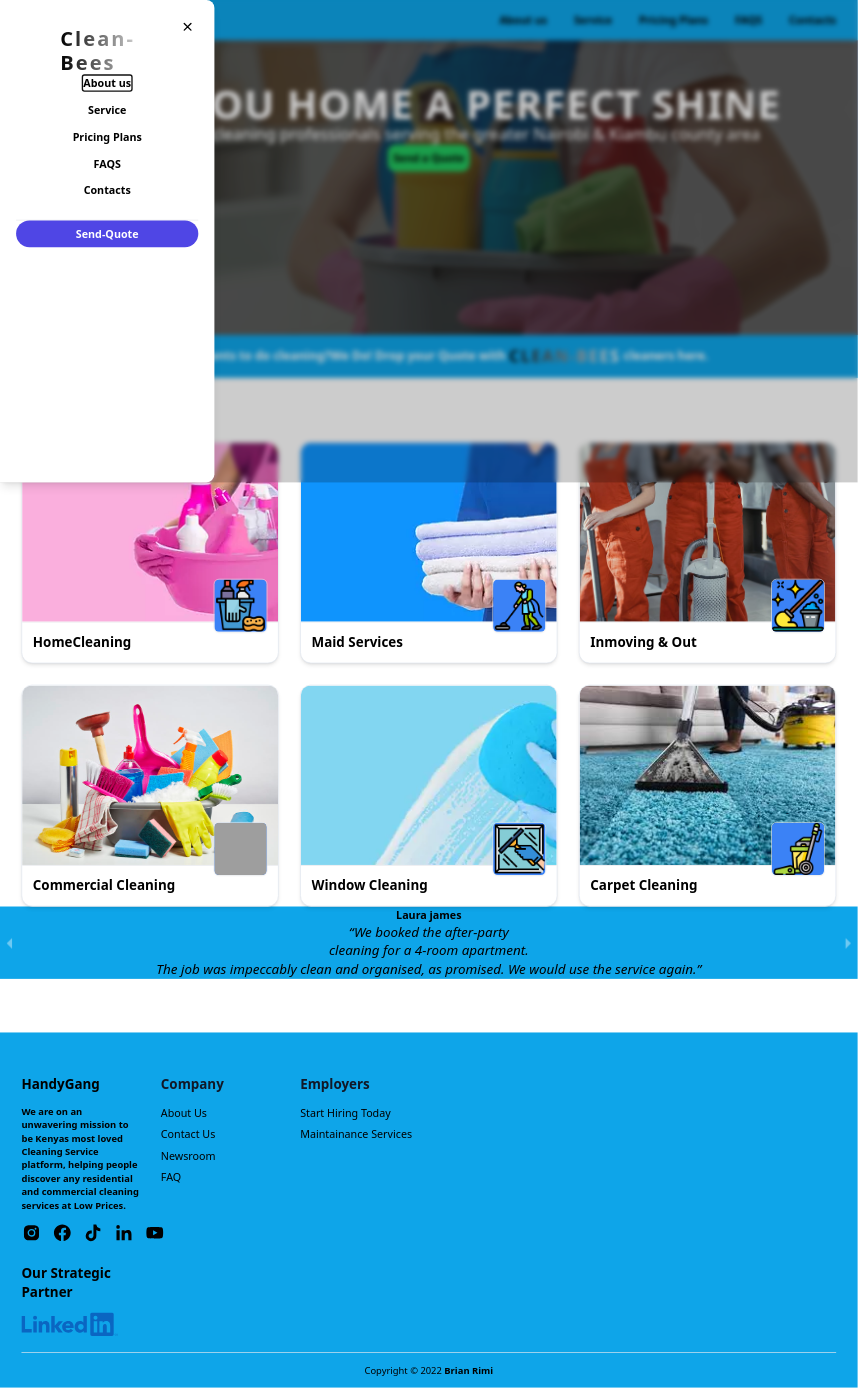
Repository: remydev47/cleanbees
Page: /
An editor plug-in stored every save of this project. The page is shown before and after the next save, followed by the edit.
The browser window is 1280 px wide. The pictures show the whole page, at 67% of full size.
Pictures or frames that could not be fetched are drawn as grey boxes. The project was rebuilt for these pictures with package versions that can differ from the ones it lists, and the page was loaded fresh each time. The framework's server and built-in components were replaced by stand-ins that run in the browser. Also part of the build but not shown: next.config.js.

Above is the page before, as saved 2022-09-19 12:39:17.

### pages/_app.tsx
import '../styles/globals.css'
import type { AppProps } from 'next/app'
import { Header } from '../components/Header'


function MyApp({ Component, pageProps }: AppProps) {
  return (
    <>
      <Header />
      <Component {...pageProps} />
    </>

    )
}

export default MyApp

### pages/index.tsx
import type { NextPage } from 'next'
import Head from 'next/head'
import Image from 'next/image'
import { Footer } from '../components/Footer';
import Hero from '../components/Hero'
import Services from '../components/Services';
import { Testmonial } from '../components/Testmonial';

const Home: NextPage = () => {
  return (
    <div className="">
      <Head>
        <title>CleanBees</title>
        <link rel="icon" href="/favicon.ico" />
      </Head>
      <Hero />
     <main className='mx-auto max-w-screen-xl px-6 sm:px-8'>
      <div className='mt-16 space-y-20'>
        <Services />

      </div>
     </main>
     <Testmonial />
    <Footer />
    </div>
  )
}

export default Home

### components/Header.tsx
import { navLinks } from "../constants"
import { MenuPopOver } from "./MenuPopover"
import Logo from "./Logo"
import Image from "next/image"
import { title } from "process"

export const Header = () => {
    return(
        <>
          <header className={styles.container}>
           <div className='flex grow-0 basis-1/3 md:hidden'>
             <MenuPopOver />
          </div>
          <div className='flex grow-0 basis-1/3 justify-center md:justify-start'>
            <Logo />
           </div>
           <ul className="list-none sm:flex hidden justify-end items-center flex-1">
            {navLinks.map((nav, index) => (
                <li
                key={nav.id}
                className={`font-poppins font-extrabold cursor-pointer text-[16px]
                  ${index === navLinks.length - 1 ? 'mr-0' : 'mr-10'}
                 text-black `}
                >
                    <a>{nav.title}</a>
                </li>
            ))}
           </ul>

          </header>
        </>
    )
}

const styles ={
    container:`sticky bg-[#0ea5e9] inset-x-0 top-0 z-20 flex items-center justify-between py-2 px-2 shadow-lg dark:bg-slate-900 sm:py-3 sm:px-8`
}

### components/Footer.tsx
import React from 'react'
import Link from 'next/link';

const footerNav = {
    Company: [
      {
        title: "About Us",
        href: "/#",
      },
      { title: "Contact Us", href: "/#" },
      { title: "Newsroom", href: "/#" },
      { title: "FAQ", href: "/#" },
    ],
    Employers: [
      {
        title: "Start Hiring Today",
        href: "/#",
      },
      { title: "Maintainance Services", href: "/#" },
    ],
  };

  const SocialLinks = [
    {
      title: "Instagram",
      link: "https://instagram.com/",
      Icon: <InstagramIcon height={30} width={30} />,
    },
    {
      title: "Facebook",
      link: "https://facebook.com/",
      Icon: <FacebookIcon height={30} width={30} />,
    },
    {
      title: "Tiktok",
      link: "https://tiktok.com/",
      Icon: <TiktokIcon height={30} width={30} />,
    },
    {
      title: "LinkedIn",
      link: "https://linkedin.com/",
      Icon: <LinkedInIcon height={30} width={30} />,
    },
    {
      title: "Youtube",
      link: "https://youtube.com/",
      Icon: <YoutubeIcon height={30} width={30} />,
    },
  ];


  export const Footer = () => {
    return (
      <footer className="mt-20 bg-[#0ea5e9] dark:bg-slate-900">
        <div className="mx-auto max-w-screen-xl px-6 pt-16 sm:px-8">
          <div className="grid grid-cols-1 gap-y-6 gap-x-6 md:!grid-cols-6 md:gap-8 xs:grid-cols-2">
            <div className="mb-4  flex flex-col xs:col-span-2">
              <span className="text-xl font-bold capitalize">HandyGang</span>
              <p className="mt-4 max-w-screen-xs text-sm font-semibold">
                We are on an unwavering mission to be Kenyas most loved Cleaning Service
                platform, helping people discover any residential and commercial cleaning services at Low Prices.
              </p>
              <ul
                id="social-media-links"
                className="mt-4 flex items-center space-x-4"
              >
                {SocialLinks.map((item) => (
                  <li key={item.title}>
                    <a
                      href={item.link}
                      aria-label={`${item.title} profile`}
                      className="transition-all duration-150 hover:fill-indigo-800 dark:fill-white dark:hover:fill-indigo-800"
                    >
                      {item.Icon}
                    </a>
                  </li>
                ))}
              </ul>

              <span className="mt-8 text-xl font-bold capitalize">
                our strategic partner
              </span>

              <a
                href="https://www.linkedin.com/"
                rel="noreferrer"
                target="_blank"
                className="mt-4 max-w-min"
              >
                <LinkedInFullIcon height={35} />
              </a>
            </div>

            {Object.entries(footerNav).map(([title, items]) => {
              return (
                <div key={title}>
                  <h2 className="text-xl font-semibold text-gray-900 dark:text-gray-100">
                    {title}
                  </h2>
                  <ul className="mt-4 space-y-2">
                    {items.map((item) => (
                      <li key={item.title}>
                        <Link href={item.href}>
                          <a className="transition-all duration-150 hover:text-indigo-800 hover:underline dark:text-gray-300 dark:hover:text-white">
                            {item.title}
                          </a>
                        </Link>
                      </li>
                    ))}
                  </ul>
                </div>
              );
            })}


         </div>
          <div
            id="footer-copyright"
            className="mt-2 border-t border-slate-200 py-4 dark:border-slate-600"
          >
            <p className="text-center text-sm dark:text-gray-300">
              Copyright © 2022{" "}
              <a
                href="https://github.com/miadv"
                className="font-semibold hover:text-indigo-800 hover:underline dark:hover:text-white"
              >
                Brian Rimi
              </a>
            </p>
          </div>
        </div>
      </footer>
    );
  };

  function LinkedInFullIcon(props: React.SVGProps<SVGSVGElement>) {
    const { height, width, ...otherProps } = props;
    return (
      <svg viewBox="0 0 270 65" height={height} width={width} {...otherProps}>
        <path
          fill="#0a66c2"
          d="M263.744 61.1094a1.2 1.2 0 001.21-1.269c0-.9-.543-1.33-1.657-1.33h-1.8v4.712h.677v-2.054h.832l.019.025 1.291 2.029h.724l-1.389-2.1zm-.783-.472h-.785v-1.593h.995c.514 0 1.1.084 1.1.757 0 .774-.593.836-1.314.836M0 9.5874h9.993v36.4h18.5v9.222H0zm32.911 14.689h9.6v30.916h-9.6zm4.8-15.37a5.569 5.569 0 11-5.57 5.569 5.569 5.569 0 015.57-5.569m44.958.674h9.6v27.265l10.88-12.583h11.77l-12.6 14.313 12.335 16.63h-12.066l-10.191-15.282h-.126v15.28h-9.6zm-34.835 14.699h9.219v4.225h.131a10.085 10.085 0 019.09-4.994c9.735 0 11.527 6.405 11.527 14.726v16.954h-9.6v-15.031c0-3.588-.066-8.2-5-8.2-4.99 0-5.76 3.907-5.76 7.939v15.288h-9.6z"
        />
        <path
          fill="#0a66c2"
          d="M135.136 36.1384a5.756 5.756 0 00-5.894-5.89 6.406 6.406 0 00-6.784 5.89zm8.132 13.7a16.909 16.909 0 01-13.128 6.151c-9.6 0-17.286-6.408-17.286-16.331 0-9.923 7.685-16.328 17.286-16.328 8.973 0 14.6 6.4 14.6 16.328v3.01h-22.282a7.171 7.171 0 007.235 6.019 8.193 8.193 0 006.851-3.778zm21.482-18.089c-4.8 0-7.68 3.205-7.68 7.875s2.879 7.878 7.68 7.878 7.687-3.2 7.687-7.878-2.881-7.875-7.687-7.875m16.525 23.437h-8.838v-4.1h-.131a12.071 12.071 0 01-9.544 4.868c-9.224 0-15.3-6.657-15.3-16.071 0-8.646 5.377-16.585 14.216-16.585 3.973 0 7.684 1.087 9.861 4.1h.126V9.5774h9.609zm64.809.018h-9.6v-15.034c0-3.585-.064-8.2-4.993-8.2-5 0-5.765 3.906-5.765 7.939v15.294h-9.6v-30.916h9.216v4.225h.129a10.1 10.1 0 019.093-4.994c9.73 0 11.524 6.4 11.524 14.726zm-40.79-35.143a5.571 5.571 0 115.57-5.572 5.571 5.571 0 01-5.57 5.572m4.8 35.143h-9.61v-30.917h9.61zm40.776-55.2h-55.21a4.728 4.728 0 00-4.781 4.67v55.439a4.731 4.731 0 004.781 4.675h55.21a4.741 4.741 0 004.8-4.675V4.6704a4.738 4.738 0 00-4.8-4.67m12.173 56.411a4.418 4.418 0 10.085 0h-.085m0 8.33a3.874 3.874 0 113.809-3.938v.065a3.791 3.791 0 01-3.708 3.871h-.1"
        />
      </svg>
    );
  }

  function FacebookIcon(props: React.SVGProps<SVGSVGElement>) {
    const { height, width, ...otherProps } = props;

    return (
      <svg viewBox="0 0 24 24" height={height} width={width} {...otherProps}>
        <path d="M12.001 2.002c-5.522 0-9.999 4.477-9.999 9.999 0 4.99 3.656 9.126 8.437 9.879v-6.988h-2.54v-2.891h2.54V9.798c0-2.508 1.493-3.891 3.776-3.891 1.094 0 2.24.195 2.24.195v2.459h-1.264c-1.24 0-1.628.772-1.628 1.563v1.875h2.771l-.443 2.891h-2.328v6.988C18.344 21.129 22 16.992 22 12.001c0-5.522-4.477-9.999-9.999-9.999z"></path>
      </svg>
    );
  }
  function InstagramIcon(props: React.SVGProps<SVGSVGElement>) {
    const { height, width, ...otherProps } = props;

    return (
      <svg viewBox="0 0 24 24" height={height} width={width} {...otherProps}>
        <path d="M20.947 8.305a6.53 6.53 0 0 0-.419-2.216 4.61 4.61 0 0 0-2.633-2.633 6.606 6.606 0 0 0-2.186-.42c-.962-.043-1.267-.055-3.709-.055s-2.755 0-3.71.055a6.606 6.606 0 0 0-2.185.42 4.607 4.607 0 0 0-2.633 2.633 6.554 6.554 0 0 0-.419 2.185c-.043.963-.056 1.268-.056 3.71s0 2.754.056 3.71c.015.748.156 1.486.419 2.187a4.61 4.61 0 0 0 2.634 2.632 6.584 6.584 0 0 0 2.185.45c.963.043 1.268.056 3.71.056s2.755 0 3.71-.056a6.59 6.59 0 0 0 2.186-.419 4.615 4.615 0 0 0 2.633-2.633c.263-.7.404-1.438.419-2.187.043-.962.056-1.267.056-3.71-.002-2.442-.002-2.752-.058-3.709zm-8.953 8.297c-2.554 0-4.623-2.069-4.623-4.623s2.069-4.623 4.623-4.623a4.623 4.623 0 0 1 0 9.246zm4.807-8.339a1.077 1.077 0 0 1-1.078-1.078 1.077 1.077 0 1 1 2.155 0c0 .596-.482 1.078-1.077 1.078z"></path>
        <circle cx="11.994" cy="11.979" r="3.003"></circle>
      </svg>
    );
  }
  function TiktokIcon(props: React.SVGProps<SVGSVGElement>) {
    const { height, width, ...otherProps } = props;

    return (
      <svg viewBox="0 0 24 24" height={height} width={width} {...otherProps}>
        <path d="M19.59 6.69a4.83 4.83 0 0 1-3.77-4.25V2h-3.45v13.67a2.89 2.89 0 0 1-5.2 1.74 2.89 2.89 0 0 1 2.31-4.64 2.93 2.93 0 0 1 .88.13V9.4a6.84 6.84 0 0 0-1-.05A6.33 6.33 0 0 0 5 20.1a6.34 6.34 0 0 0 10.86-4.43v-7a8.16 8.16 0 0 0 4.77 1.52v-3.4a4.85 4.85 0 0 1-1-.1z"></path>
      </svg>
    );
  }
  function LinkedInIcon(props: React.SVGProps<SVGSVGElement>) {
    const { height, width, ...otherProps } = props;

    return (
      <svg viewBox="0 0 24 24" height={height} width={width} {...otherProps}>
        <circle cx="4.983" cy="5.009" r="2.188"></circle>
        <path d="M9.237 8.855v12.139h3.769v-6.003c0-1.584.298-3.118 2.262-3.118 1.937 0 1.961 1.811 1.961 3.218v5.904H21v-6.657c0-3.27-.704-5.783-4.526-5.783-1.835 0-3.065 1.007-3.568 1.96h-.051v-1.66H9.237zm-6.142 0H6.87v12.139H3.095z"></path>
      </svg>
    );
  }
  function YoutubeIcon(props: React.SVGProps<SVGSVGElement>) {
    const { height, width, ...otherProps } = props;

    return (
      <svg viewBox="0 0 24 24" height={height} width={width} {...otherProps}>
        <path d="M21.593 7.203a2.506 2.506 0 0 0-1.762-1.766C18.265 5.007 12 5 12 5s-6.264-.007-7.831.404a2.56 2.56 0 0 0-1.766 1.778c-.413 1.566-.417 4.814-.417 4.814s-.004 3.264.406 4.814c.23.857.905 1.534 1.763 1.765 1.582.43 7.83.437 7.83.437s6.265.007 7.831-.403a2.515 2.515 0 0 0 1.767-1.763c.414-1.565.417-4.812.417-4.812s.02-3.265-.407-4.831zM9.996 15.005l.005-6 5.207 3.005-5.212 2.995z"></path>
      </svg>
    );
  }

### components/Hero.tsx
import React from 'react'
import Image from 'next/image'



const Hero = () => {
  return (
    <>
      <section className='relative h-[640px] w-full  bg-blue-500 sm:h-[55vh] md:h-[440px]'>
         <Image
           src='/img/pixel-cleaner2.jpg'
           layout='fill'
           objectFit='cover'
         />

        <div className="absolute inset-0 bg-neutral-900/70">
        <div className='mx-4 mt-16 flex flex-col items-center text-center '>
                <h1 className={styles.innerbanner}>
                    Give you Home a Perfect Shine
                </h1>
                <span className='text-xl text-white sm:text-2xl'>
                    Reliable house cleaning professionals serving the greater Nairobi & Kiambu county area
                </span>
                <button className='bg-green-500 text-black font-semibold p-2 rounded-xl'>
                    Send a Quote
                </button>
              </div>
        </div>
      </section>
      <HeroBottomCard />
   </>
  )
}

function HeroBottomCard() {
    return (
      <div className="bg-[#0ea5e9] p-4">
        <span className="block text-center text-lg text-white font-semibold">
          Nobody wants to do cleaning?We Do! Drop your  Quote with{" "}
          <span className="bg-gradient-to-r from-black to-[#fff] bg-clip-text align-middle text-2xl font-black tracking-widest text-transparent">
            CLEAN-BEES
          </span>{" "}
          cleaners here.
        </span>
      </div>
    );
  }

export default Hero;
const styles ={

    innerbanner:`text-3xl font-extrabold uppercase tracking-wide text-white sm:text-4xl md:text-5xl lg:text-6xl`,
}

### components/Services.tsx
import React from 'react';
import Image from 'next/image'
import Link from 'next/link';

const serviceItems =[
    {
        name:"HomeCleaning",
        description:"",
        image:'/img/cleaning3.webp',
        logo:"/img/homecleaning.png"
    },
    {
        name:"Maid Services",
        description:"",
        image:'/img/maid2.webp',
        logo:"/img/maid.png"
    },
    {
        name:"Inmoving & Out",
        description:"",
        image:'/img/pexels-cleaner.jpeg',
        logo:"/img/inmoving.png"
    },
    {
        name:"Commercial Cleaning",
        description:"",
        image:'/img/pixelcleaner3.jpg',
        logo:"/img/officecleaning.png"
    },
    {
        name:"Window Cleaning",
        description:"",
        image:'/img/cleaning4.webp',
        logo:"/img/window.png"
    },
    {
        name:"Carpet Cleaning",
        description:"",
        image:'/img/cleancarpet.jpg',
        logo:"/img/carpet.png"
    },
]

const Services = () => {
  return (
    <section id='service-items'>
        <div>
            <h2 className="text-2xl font-semibold"> Our Services </h2>
        </div>

        <div id="top-companies__items" className="grid grid-cols-1 gap-8 sm:grid-cols-2 lg:grid-cols-3">
              {serviceItems.map((item, i) => (
                 <Link href="/#" key={i}>
                  <a className="group block overflow-hidden rounded-2xl border border-slate-200 bg-white shadow-md transition-all duration-150 hover:-translate-y-1 hover:shadow-lg dark:border-slate-800 dark:bg-slate-700">
                    <div className="relative block overflow-hidden  pt-[70%]">
                     <Image
                       src={item.image}
                       alt={item.name}
                       layout="fill"
                       objectFit="cover"
                       className="transition-all duration-200 group-hover:scale-[102%]"
                      />
                    </div>
                    <div className="relative flex flex-col border-t p-4 dark:border-slate-600">
                <span className="absolute right-4 -top-[65px] block h-[80px] w-[80px] overflow-hidden rounded-lg border shadow-sm dark:border-slate-600">
                  <div className="relative block overflow-hidden  bg-blue-500 pt-[100%]">
                    <Image
                      src={item.logo}
                      alt={item.name}
                      layout="fill"
                      objectFit="cover"
                    />
                  </div>
                </span>

                <h5 className="block truncate text-xl font-semibold capitalize">
                  {item.name}
                </h5>
                <span className="block truncate text-slate-500 dark:text-slate-400">
                  {item.description}
                </span>
              </div>
                 </a>
                 </Link>
              ))}
            </div>

    </section>
  )
}

export default Services

### components/Testmonial.tsx
import React from 'react'
import "react-responsive-carousel/lib/styles/carousel.min.css"; // requires a loader
import { Carousel } from 'react-responsive-carousel';

export const Testmonial = () => {
  return (
    <section className={styles.container}>
      <Carousel
        autoPlay
        infiniteLoop
        showStatus={false}
        showIndicators={false}
        showThumbs={false}
        interval={3000}
      >
       <div>
        <h1 className={styles.headername}>Mat & Tina</h1>
        <p className='italic text-xl'>“Although it took a while to explain what we wanted when we were booking the final result was great. <br/> The guys who cleaned the apartment were awesome! <br/> Highly recommended after party cleaning service!”</p>
       </div>
       <div>
        <h1 className={styles.headername}>Laura james</h1>
        <p className='italic text-xl'>“We booked the after-party  <br/> cleaning for a 4-room apartment. <br/> The job was impeccably clean and organised, as promised. We would use the service again.”</p>
       </div>
       <div>
        <h1 className={styles.headername}>Krak Fraco</h1>
        <p className='italic text-xl'>“Cheap price and excellent service. <br/> We booked the after party cleaning for our home <br/> and garden and the crew did an amazing job putting everything back to normal.”</p>
       </div>
      </Carousel>
    </section>
  )
}



const styles = {
  container:`bg-[#0ea5e9]`,
  headername:`font-bold `
}

### constants/index.ts

export const navLinks =[
    {
     id:"aboutus",
     title:"About us"
    },
    {
        id:"services",
        title:"Service"
    },
    {
        id:"pricingplans",
        title:"Pricing Plans"
    },
    {
        id:"faqs",
        title:"FAQS"
    },
    {
        id:"contacts",
        title:"Contacts"
    },
]

### components/MenuPopover.tsx
import React, { useState, Fragment } from 'react'
import { IconButton } from './Button'
import { Transition, Dialog }  from '@headlessui/react';
import Link from 'next/link';
import Logo from './Logo';
import { Button } from './Button';
//import { ThemeSelect } from './ThemeToogle';
import { navLinks } from '../constants';

export const MenuPopOver = () => {
    const [isOpen, setIsOpen] = useState(true)

    return(
      <div>
        <IconButton
          variant='ghost'
          aria-label='menu'
          onClick={() => setIsOpen(!isOpen)}
        >
          <svg className='h-6 w-6 ' fill='none' stroke='currentColor'>
            <path
              strokeLinecap='round'
              strokeLinejoin='round'
              strokeWidth={2}
              d='M4 6h16M4 12h16M4 18h16'
            />
          </svg>
        </IconButton>
        <Transition
          show={isOpen}
          appear
          as={Fragment}
          enter='transform transition ease-in-out duration-300'
          enterFrom='-translate-x-full'
          enterTo='translate-x-0'
          leave='transform transition ease-in-out duration-300 delay-200'
          leaveFrom='translate-x-0'
          leaveTo='-translate-x-full'
        >
         <Dialog
           as='div'
           className={`fixed inset-0 z-50`}
           onClose={setIsOpen}
           open={isOpen}
           >
           <Transition.Child
             as={Fragment}
             enter='ease-out duration-300 delay-300'
             enterFrom='opacity-0'
             enterTo='opacity-100'
             leave='ease-in duration-200'
             leaveFrom='opacity-100'
             leaveTo='opacity-0'
           >

            <Dialog.Overlay
              className={`fixed inset-0 bg-black/20 backdrop-blur-sm dark:bg-gray-900/80`}
             />
          </Transition.Child>
           <div className={styles.dialogcontainer}>
            <a className='mx-auto mt-4 flex w-[140px] '>
              <Logo />
            </a>
            <ul
                className={styles.navWrapper2}
             >
                {navLinks.map((nav, index) => (
                    <li
                     key={nav.id}
                     className={`font-poppins font-bold cursor-pointer text-[16px]
                      ${index === navLinks.length - 1 ? 'mr-0' : 'mb-4'}
                      text-black `}
                    >
                     <a href={`#${nav.id}`}>
                        {nav.title}
                     </a>
                    </li>
                 ))}
             </ul>
            {/* <div className='mt-0 border-t border-gray-200 pt-6 dark:border-gray-200/10'>

            </div> */}
            <ul className='mt-8 space-y-3 border-t border-gray-200 dark:border-gray-200/10'>
              <li>
               <Button fullWidth>
                   Send-Quote
               </Button>
              </li>

            </ul>
            <IconButton
              variant='ghost'
              aria-label='close menu'
              className='absolute top-5 right-5'
              onClick={() => setIsOpen(false)}
            >
              <svg
                viewBox='0 0 10 10'
                className='h-2.5 w-2.5 overflow-visible'
                aria-hidden='true'
              >
                <path
                    d='M0 0L10 10M10 0L0 10'
                    fill='none'
                    stroke='currentColor'
                    strokeWidth='2'
                    strokeLinecap='round'
                  />
              </svg>
            </IconButton>
           </div>
         </Dialog>
        </Transition>
      </div>
    )
  }

const styles ={
    dialogcontainer:`fixed top-0 bottom-0 left-0 w-full max-w-xs rounded-r-xl bg-white p-6 shadow-lg dark:bg-gray-800`,
    menuitems:`group relative flex h-9 items-center oveflow-hidden rounded-md hover:bg-slate-200/50`,
    navWrapper2:`list-none flex flex-col justify-end items-center flex-1`,
}

### components/Logo.tsx
import React from 'react';


const Logo  = () => {
  return (
    <span className={`bg-gradient-to-r from-black to-[#fff] bg-clip-text align-middle text-3xl font-black tracking-widest text-transparent hover:text-green-400`}>
        Clean-Bees
    </span>
  )
}

export default Logo;

Loaded but not shown: styles/globals.css (common file); tailwind.config.js (common file); components/Button/index.tsx (185 lines, source omitted)

After the next save:
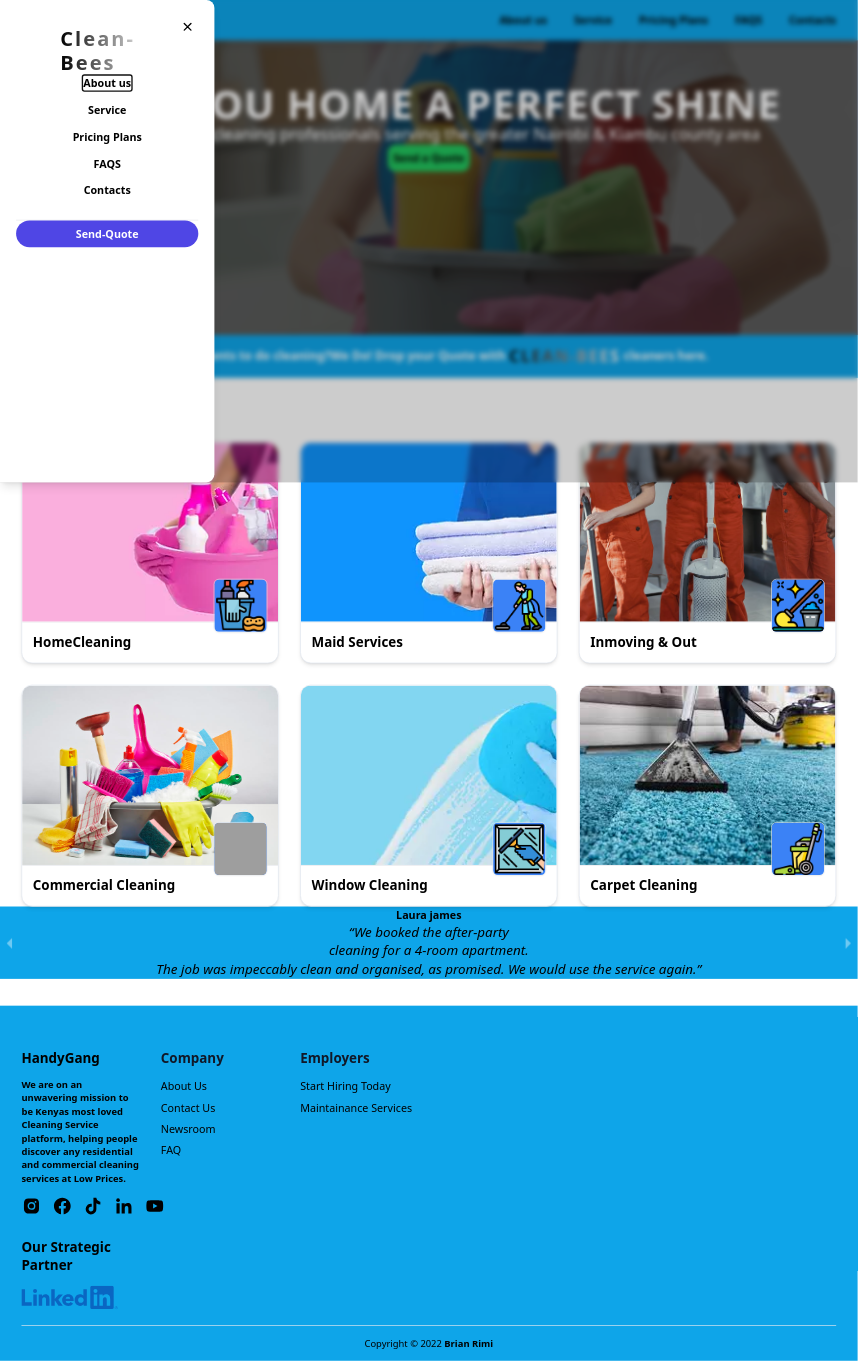
Saved 40 s later.
--- a/components/Footer.tsx
+++ b/components/Footer.tsx
@@ -51,7 +51,7 @@ const footerNav = {
 
   export const Footer = () => {
     return (
-      <footer className="mt-20 bg-[#0ea5e9] dark:bg-slate-900">
+      <footer className="mt-10 bg-[#0ea5e9] dark:bg-slate-900">
         <div className="mx-auto max-w-screen-xl px-6 pt-16 sm:px-8">
           <div className="grid grid-cols-1 gap-y-6 gap-x-6 md:!grid-cols-6 md:gap-8 xs:grid-cols-2">
             <div className="mb-4  flex flex-col xs:col-span-2">
